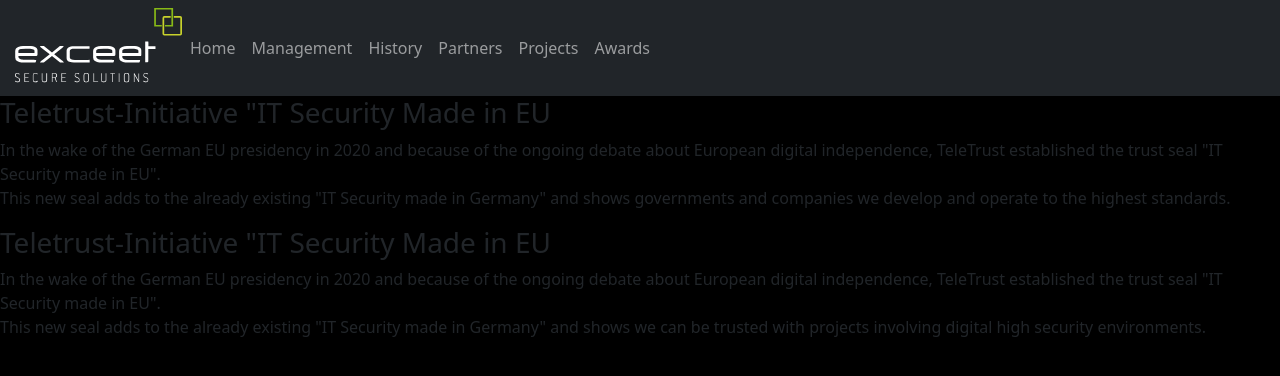
Repository: Hoooly2/EnglishProjectWebsite
Page: Exceet-Website/certificationsAwards.html
The author's editor kept a copy of each file at every save. The page is drawn from the files as they stood at one save, then again after the next save.
The browser window is 1280 px wide. The pictures show the whole page.

Above is the page before, as saved 2021-10-22 21:34:29.

After the next save:
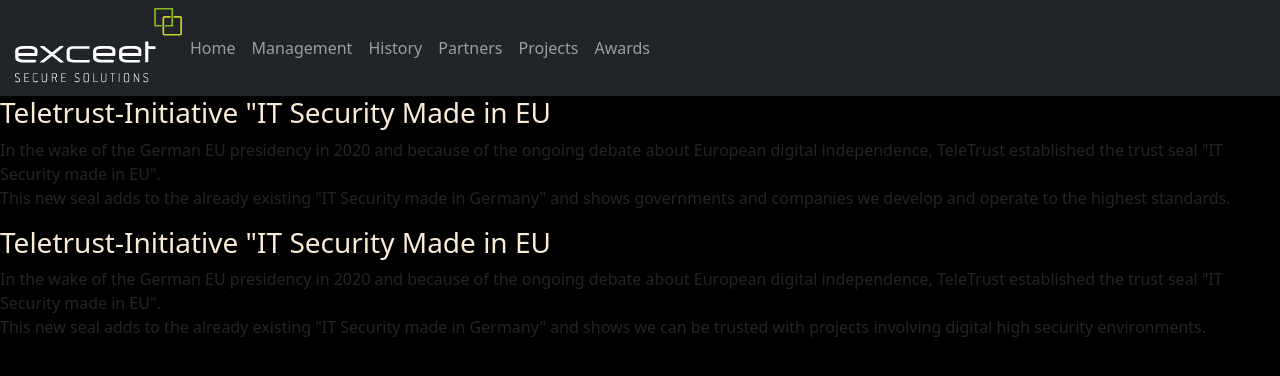
Saved 41 s later.
--- a/Exceet-Website/certificationsAwards.html
+++ b/Exceet-Website/certificationsAwards.html
@@ -49,7 +49,7 @@
         <div id="qualityCertificate">
           <div id="certificateImage"></div>
           <div id="certificateTextWrapper">
-            <h3 id="certificateHeader">Teletrust-Initiative "IT Security Made in EU</h3>
+            <h3 id="certificateHeader" class="certificateHeader">Teletrust-Initiative "IT Security Made in EU</h3>
             <p id="certificateText">
               In the wake of the German EU presidency in 2020 and because of the ongoing debate about European digital
               independence, TeleTrust established the trust seal "IT Security made in EU". <br>
@@ -62,7 +62,7 @@
         <div id="teletrustCertificate">
           <div id="certificateImage"></div>
           <div id="certificateTextWrapper">
-            <h3 id="certificateHeader">Teletrust-Initiative "IT Security Made in EU</h3>
+            <h3 id="certificateHeader" class="certificateHeader">Teletrust-Initiative "IT Security Made in EU</h3>
             <p id="certificateText">
               In the wake of the German EU presidency in 2020 and because of the ongoing debate about European digital
               independence, TeleTrust established the trust seal "IT Security made in EU". <br>
